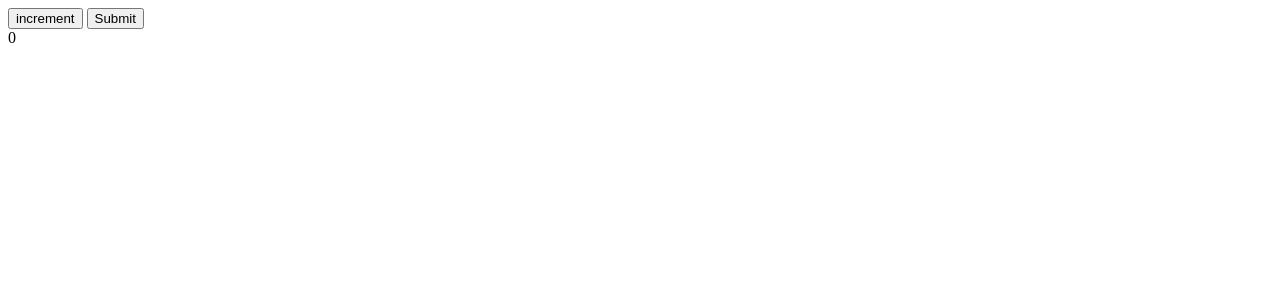
Repository: Rishika-Rachakonda/wtprac
Page: http://localhost/HelloWorld/counterjsp.jsp
An editor plug-in stored every save of this project. The page is shown before and after the next save, followed by the edit.
The browser window is 1280 px wide. The pictures show the whole page.
The page is served by Tomcat 10.

Above is the page before, as saved 2024-07-09 07:44:50.

After the next save:
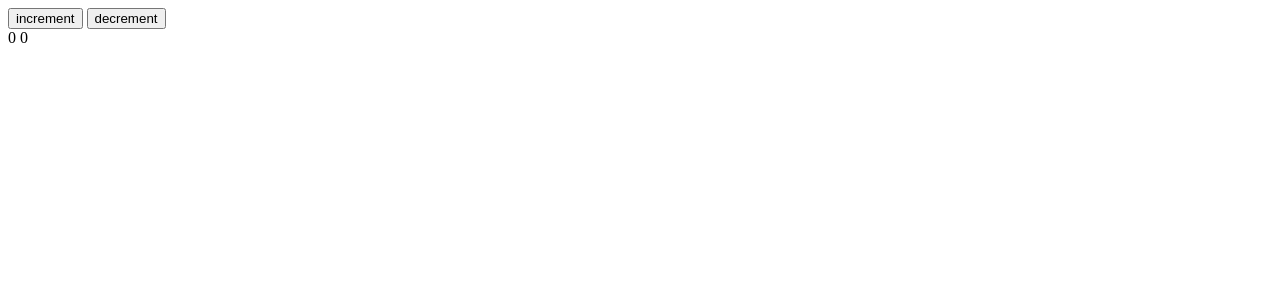
Saved 79 s later.
--- a/newPrac/HelloWorld/src/main/webapp/counterjsp.jsp
+++ b/newPrac/HelloWorld/src/main/webapp/counterjsp.jsp
@@ -12,19 +12,23 @@
 <form action="counterjsp.jsp" method="post">
 
 <input  type="submit" name="increment" value="increment"/>
-<input  type="submit" name="decrement"/>
+<input  type="submit" name="decrement" value="decrement"/>
 </form>
 <%
+int cnt =0;
   if(request.getParameter("incerment")!=null){
 	  c.inc();
+	  cnt++;
   }
   else if(request.getParameter("decrement")!=null){
 	  c.dec();
+	  cnt--;
   }
 
 
 %>
 
 <%= c.val() %>
+<%= cnt %>
 </body>
 </html>
